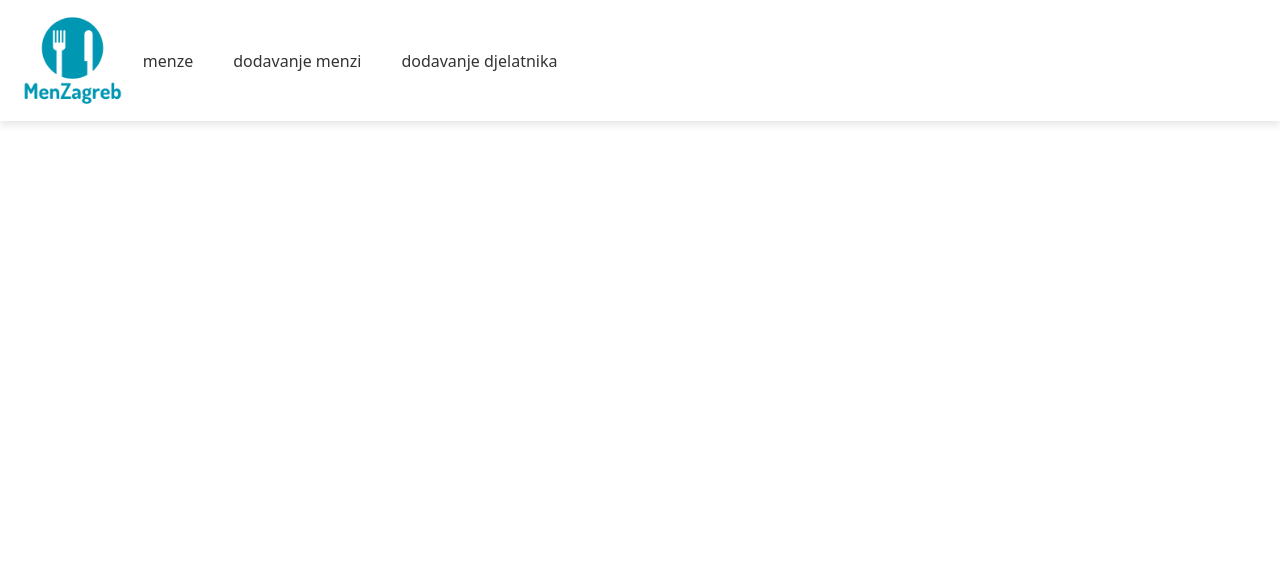
Repository: MENZG/menZg
Page: /admin/dodajDjelatnika (app in IzvorniKod/)
The author's editor kept a copy of each file at every save. The page is drawn from the files as they stood at one save, then again after the next save.
The browser window is 1280 px wide. The pictures show the whole page.
The project was rebuilt for these pictures with package versions that can differ from the ones it lists, and the page was loaded fresh each time. Also part of the build but not shown: IzvorniKod/vite.config.ts, IzvorniKod/src/Components/LoginForm.tsx, IzvorniKod/src/Components/AdminLogin.tsx, IzvorniKod/src/Components/EmployeeLogin.tsx, IzvorniKod/src/Components/NavBar.tsx, IzvorniKod/src/Components/ListaMenza.tsx, IzvorniKod/src/Components/Profil.tsx, IzvorniKod/src/Components/AddMenza.tsx and 5 more.

Above is the page before, as saved 2024-11-06 20:27:59.

After the next save:
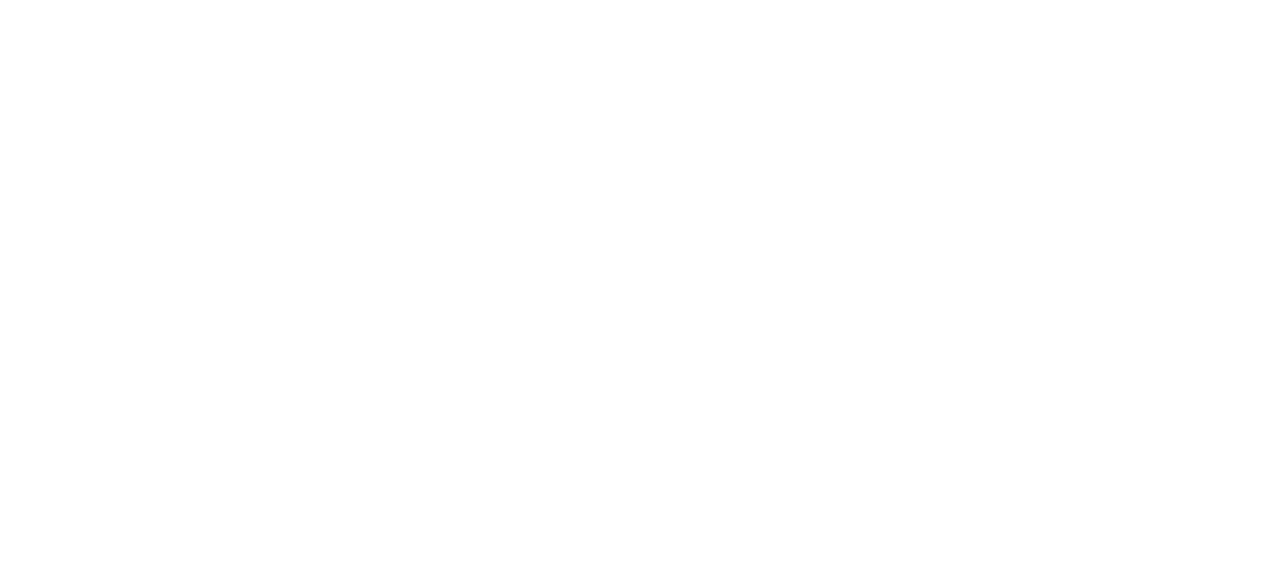
Console error: ReferenceError: Form is not defined
Saved 2 min 1 s later.
--- a/IzvorniKod/src/Components/AddEmployee.tsx
+++ b/IzvorniKod/src/Components/AddEmployee.tsx
@@ -4,6 +4,85 @@ const AddEmployee = () => {
   return (
     <>
       <NavBarAdmin />
+      <div className="dodaj-djelatnika-container">
+        <h2 className="h2">unesite podatke o novoj menzi</h2>
+        <Form className="w-100" style={{ maxWidth: "400px" }}>
+          <Form.Group className="mb-3">
+            <Form.Control
+              className="form-control"
+              type="text"
+              placeholder="puni naziv menze"
+            />
+          </Form.Group>
+
+          <Form.Group className="mb-3">
+            <Form.Control
+              className="form-control"
+              type="text"
+              placeholder="ulica"
+            />
+          </Form.Group>
+
+          <Form.Group className="mb-3">
+            <Form.Control
+              className="form-control"
+              type="text"
+              placeholder="kućni broj"
+            />
+          </Form.Group>
+
+          <h4 className="h4">radno vrijeme radnim danom</h4>
+          <div className="select-container">
+            <select className="form-select" aria-label="Default select example">
+              <option selected>06:00</option>
+              <option value="6">06:00</option>
+              <option value="7">07:00</option>
+              <option value="8">08:00</option>
+              <option value="9">09:00</option>
+              <option value="10">10:00</option>
+              <option value="11">11:00</option>
+              <option value="12">12:00</option>
+              <option value="13">13:00</option>
+              <option value="14">14:00</option>
+              <option value="15">15:00</option>
+              <option value="16">16:00</option>
+              <option value="17">17:00</option>
+              <option value="18">18:00</option>
+              <option value="19">19:00</option>
+              <option value="20">20:00</option>
+              <option value="21">21:00</option>
+              <option value="22">22:00</option>
+              <option value="23">23:00</option>
+            </select>
+            <h4 className="h4"> - </h4>
+            <select className="form-select" aria-label="Default select example">
+              <option selected>20:00</option>
+              <option value="6">06:00</option>
+              <option value="7">07:00</option>
+              <option value="8">08:00</option>
+              <option value="9">09:00</option>
+              <option value="10">10:00</option>
+              <option value="11">11:00</option>
+              <option value="12">12:00</option>
+              <option value="13">13:00</option>
+              <option value="14">14:00</option>
+              <option value="15">15:00</option>
+              <option value="16">16:00</option>
+              <option value="17">17:00</option>
+              <option value="18">18:00</option>
+              <option value="19">19:00</option>
+              <option value="20">20:00</option>
+              <option value="21">21:00</option>
+              <option value="22">22:00</option>
+              <option value="23">23:00</option>
+            </select>
+          </div>
+
+          <Button variant="primary" type="submit" className="w-50 mb-3">
+            dodaj
+          </Button>
+        </Form>
+      </div>
     </>
   );
 };

After the save that followed:
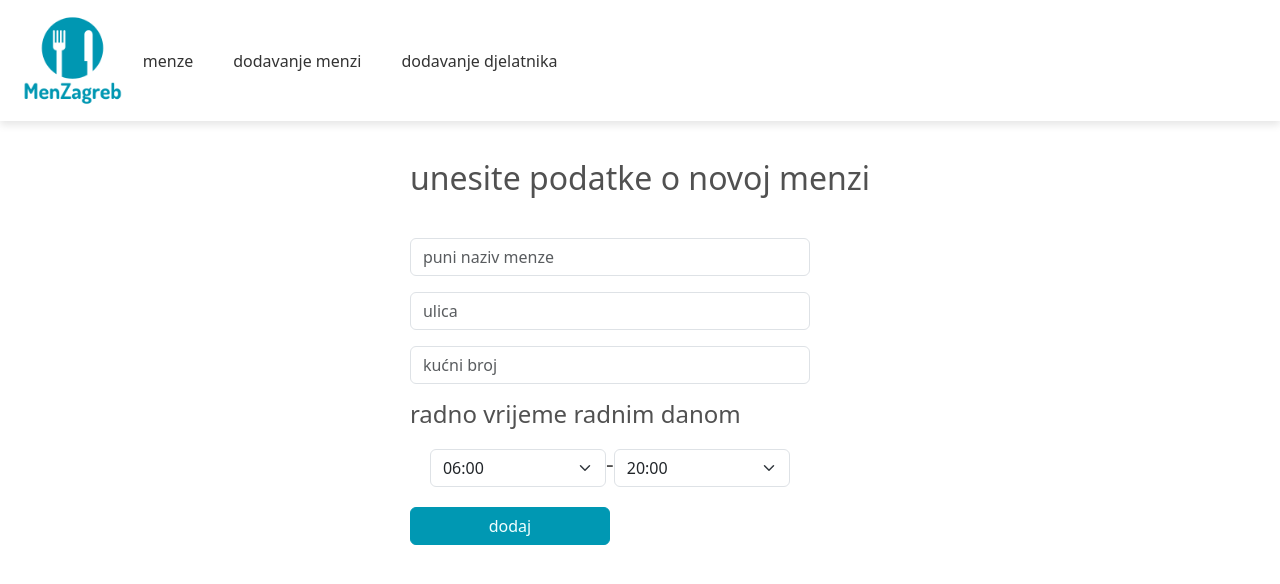
The error is gone.
Saved 14 s later.
--- a/IzvorniKod/src/Components/AddEmployee.tsx
+++ b/IzvorniKod/src/Components/AddEmployee.tsx
@@ -1,4 +1,5 @@
 import NavBarAdmin from "./NavBarAdmin";
+import { Button, Form } from "react-bootstrap";
 
 const AddEmployee = () => {
   return (
